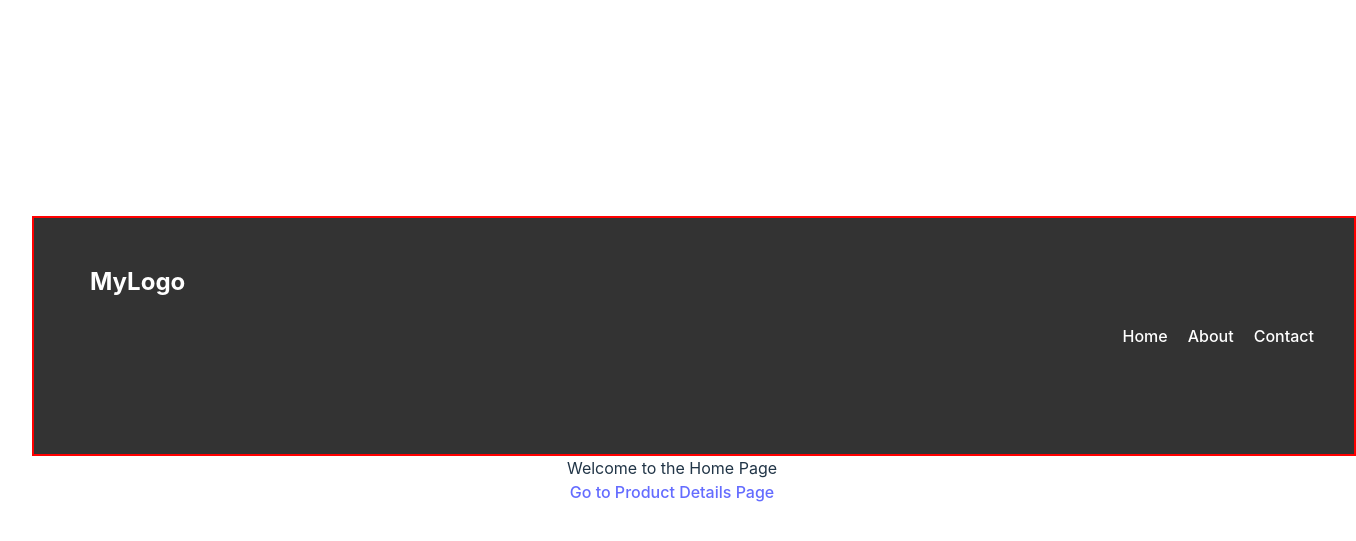
Repository: marcusdashe/proof-of-concept-react-routing
Page: /
These files come from the project's save history. The page is drawn as it stood at one moment and after the next save; the edit follows.
The browser window is 1280 px wide. The page is 1356 px wide, then 1280 px, so the pictures cover 1356 px, including what lies to the right of the window. The pictures show the whole page.
The project was rebuilt for these pictures with package versions that can differ from the ones it lists, and the page was loaded fresh each time. Also part of the build but not shown: vite.config.js, src/pages/ProductDetails.jsx, src/pages/Checkout.jsx.

Above is the page before, as saved 2023-08-23 12:27:23.

### src/App.jsx
import "./App.css";
import { Route, Routes } from "react-router-dom";
import Home from "./pages/Home";
import ProductDetails from "./pages/ProductDetails";
import Checkout from "./pages/Checkout";
import NavBar from "./components/NavBar";

function App() {
  return (
    <>
      <NavBar />
      <Routes>
        <Route path="/" element={<Home />} />
        <Route path="/products" element={<ProductDetails />} />
        <Route path="/checkout" element={<Checkout />} />
      </Routes>
    </>
  );
}

export default App;

### src/pages/Home.jsx
import React from "react";
import { Link } from "react-router-dom";

const Home = () => {
  return (
    <>
      <div>Welcome to the Home Page</div>
      <Link to="/products">Go to Product Details Page</Link>
    </>
  );
};

export default Home;

### src/components/NavBar.jsx
import React from "react";
import "../styles/NavBar.css";

const NavBar = () => {
  return (
    <nav className="navbar">
      <div className="logo">MyLogo</div>
      <ul className="nav-links">
        <li>
          <a href="#">Home</a>
        </li>
        <li>
          <a href="#">About</a>
        </li>
        <li>
          <a href="#">Contact</a>
        </li>
      </ul>
    </nav>
  );
};

export default NavBar;

### src/styles/NavBar.css
/* Reset some default styles */
body,
ul {
  margin: 0;
  padding: 0;
}

/* Style for the navigation bar */
.navbar {
  width: 100vw;
  border: 2px solid red;
  display: flex;
  justify-content: space-between;
  align-items: center;
  background-color: #333;
  color: white;
  padding: 10px 20px;
}

/* Style for the logo */
.logo {
  font-size: 24px;
  font-weight: bold;
}

/* Style for the navigation links */
.nav-links {
  list-style: none;
  display: flex;
}

.nav-links li {
  margin-right: 20px;
}

.nav-links a {
  text-decoration: none;
  color: white;
}

/* Change link color on hover */
.nav-links a:hover {
  color: lightgray;
}

Loaded but not shown: index.html (common file); src/main.jsx (common file); src/index.css (common file); src/App.css (common file)

After the next save:
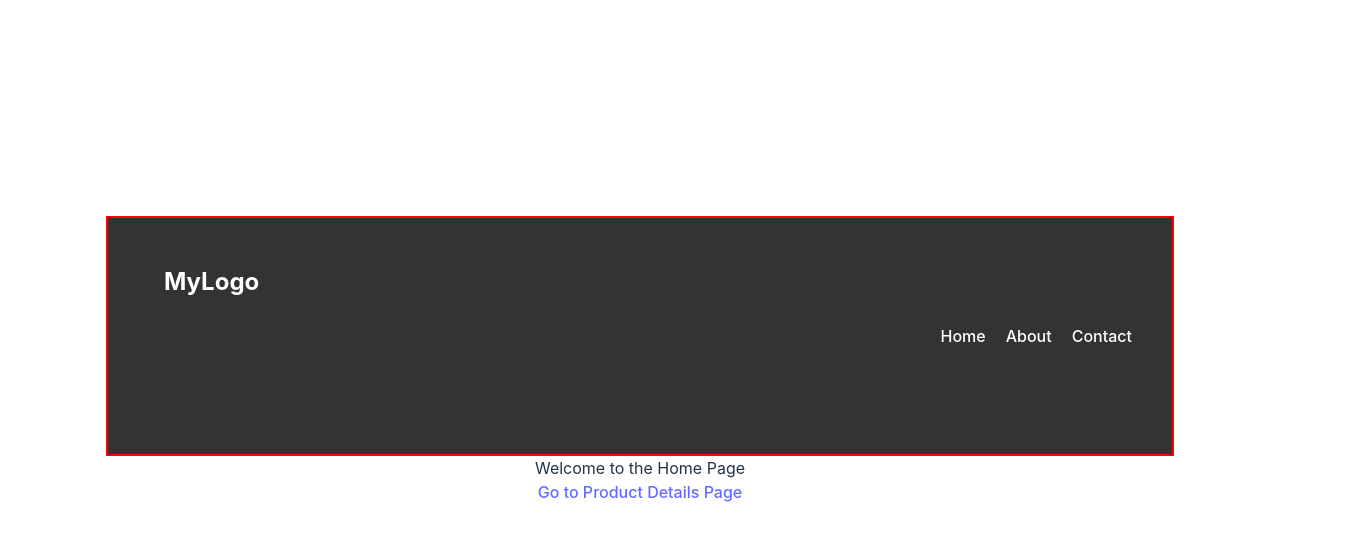
Saved 15 s later.
--- a/src/styles/NavBar.css
+++ b/src/styles/NavBar.css
@@ -7,7 +7,7 @@ ul {
 
 /* Style for the navigation bar */
 .navbar {
-  width: 100vw;
+  width: 80vw;
   border: 2px solid red;
   display: flex;
   justify-content: space-between;
